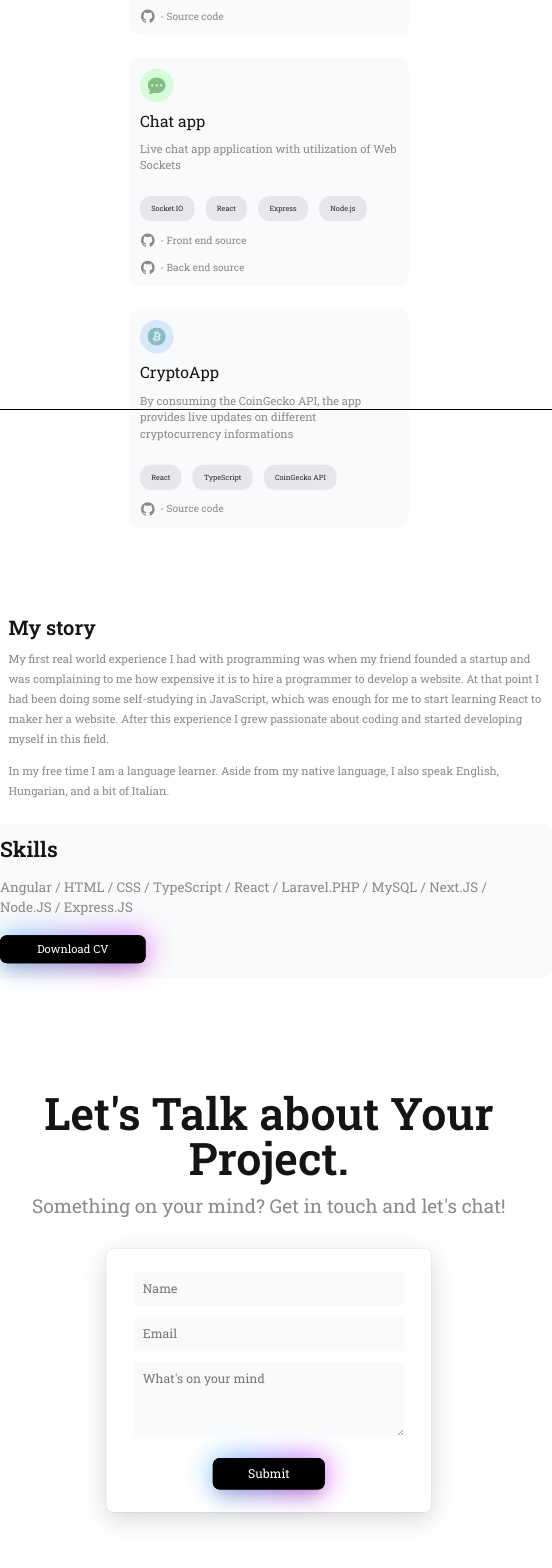
Repository: Leoka2000/portfolio-final
Page: /
An editor plug-in stored every save of this project. The page is shown before and after the next save, followed by the edit.
The browser window is 768 px wide. The page is 789 px wide, then 768 px, so the pictures cover 789 px, including what lies to the right of the window. The pictures show the part of the page from y = 2320 to 4560 px (the page is 4560 px tall), at 70% of full size.
Some web fonts or font styles are not loaded; a fallback is used. The project was rebuilt for these pictures with package versions that can differ from the ones it lists, and the page was loaded fresh each time. Some packages were replaced by stand-ins written for this rebuild. Also part of the build but not shown: src/App.css. Imported but missing from the stored project, and not drawn on this page: src/assets/BioNexus.mp4, src/assets/LeoCV.pdf, src/assets/ScholarSearch.mp4, src/assets/chat-app.mp4.

Above is the page before, as saved 2023-09-27 14:22:42.

After the next save:
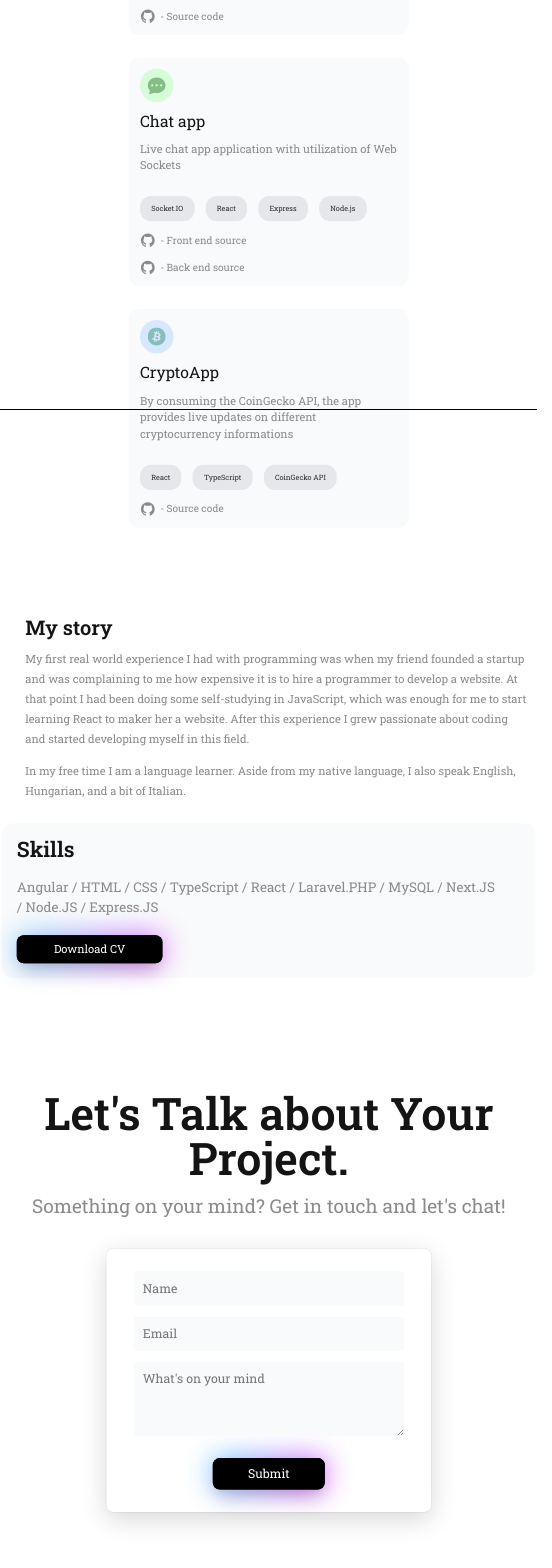
Saved 6 s later.
--- a/src/pages/main/about/about.css
+++ b/src/pages/main/about/about.css
@@ -127,7 +127,7 @@ color: black;
 @media screen and (max-width: 1000px) {
     .about-section {
         flex-direction: column;
-        padding: 7rem 0rem 5rem 0rem;
+        padding: 7rem 1.5rem 5rem 1.5rem;
         align-items: center;
 
 
